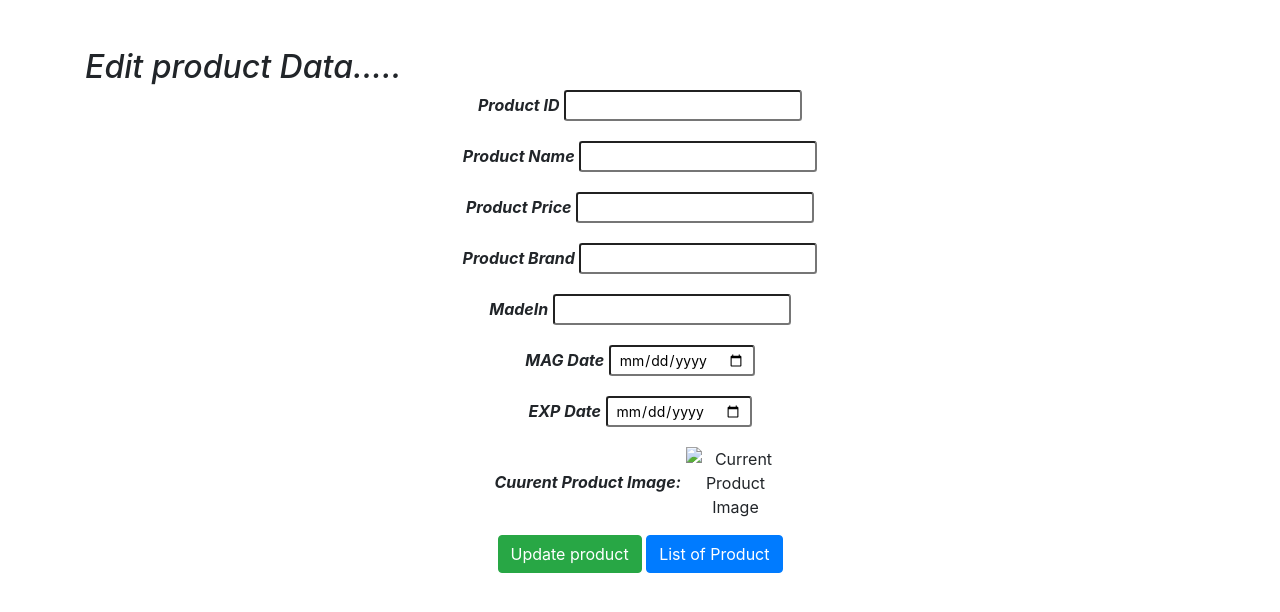
Repository: jrajesh111/Adv-java
Page: http://localhost/ProductAppproject/edit-form.jsp
The author's editor kept a copy of each file at every save. The page is drawn from the files as they stood at one save, then again after the next save.
The browser window is 1280 px wide. The pictures show the whole page.
The page is served by Tomcat 9. The template is opened directly, without the code that normally fills it, so the values that code supplies are empty.

Above is the page before, as saved 2024-03-07 12:52:00.

After the next save:
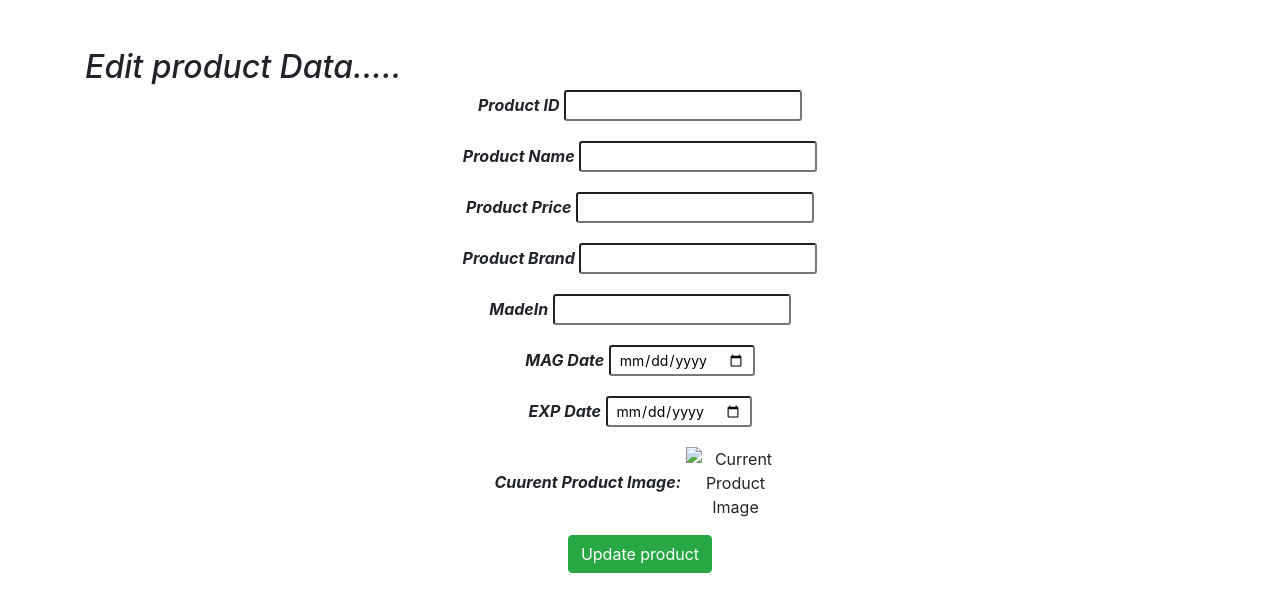
Saved 25 s later.
--- a/ProductAppproject/src/main/webapp/edit-form.jsp
+++ b/ProductAppproject/src/main/webapp/edit-form.jsp
@@ -74,7 +74,7 @@
 
 		<div >
 		<input type="submit" class="btn btn-success" value="Update product">
-		<a href="productList.jsp" class="btn btn-primary"> List of Product</a>
+
 		</div>
 
 		</form>
